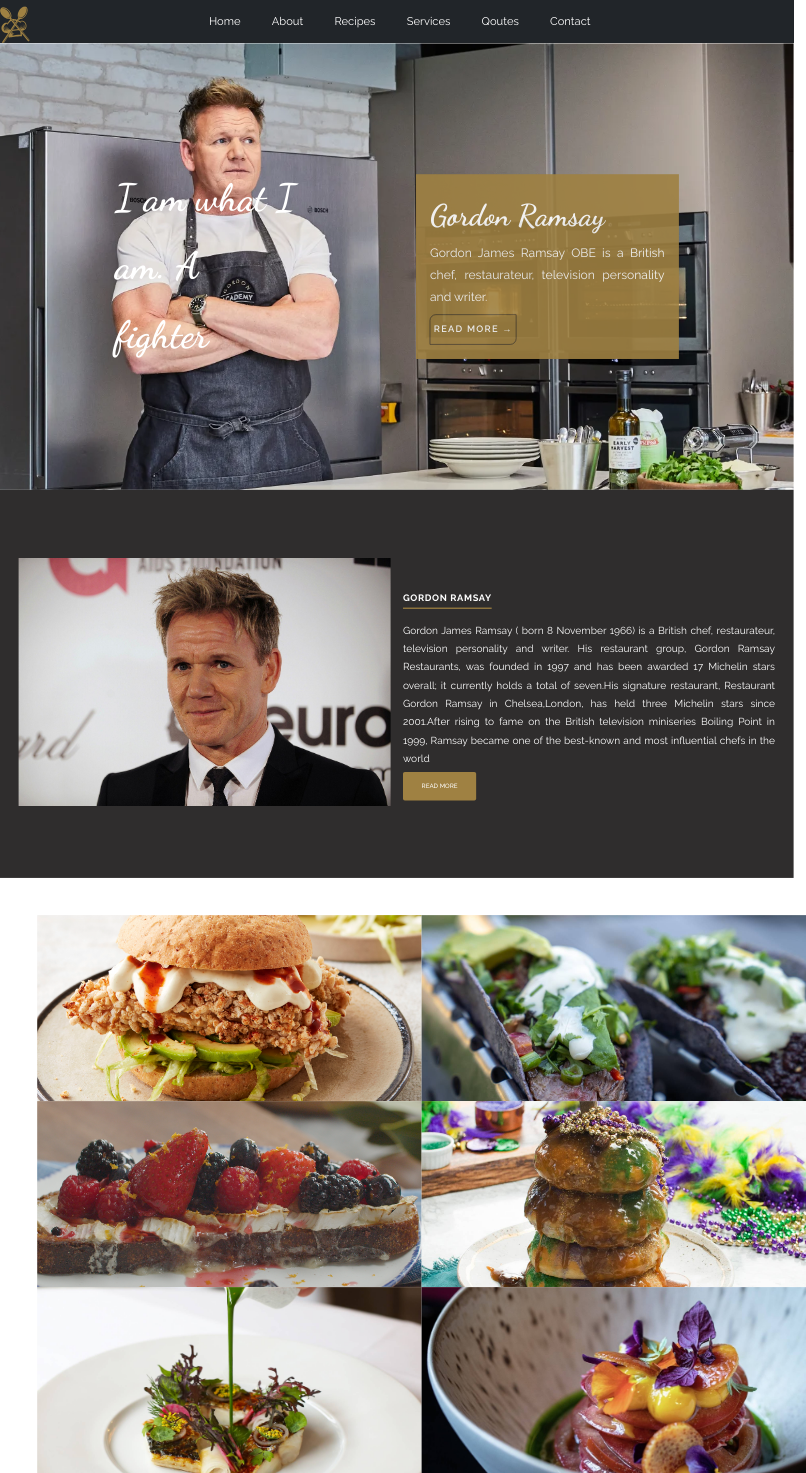
Repository: Esraa22M/Gordon-Ramsay-Biography
Page: index.html
The author's editor kept a copy of each file at every save. The page is drawn from the files as they stood at one save, then again after the next save.
The browser window is 1280 px wide. The page is 1300 px wide, then 1280 px, so the pictures cover 1300 px, including what lies to the right of the window. The pictures show the whole page, at 62% of full size.
Backgrounds fixed to the window are drawn as part of the page. Some web libraries are served in a nearby version.

Above is the page before, as saved 2022-12-19 13:08:47.

After the next save:
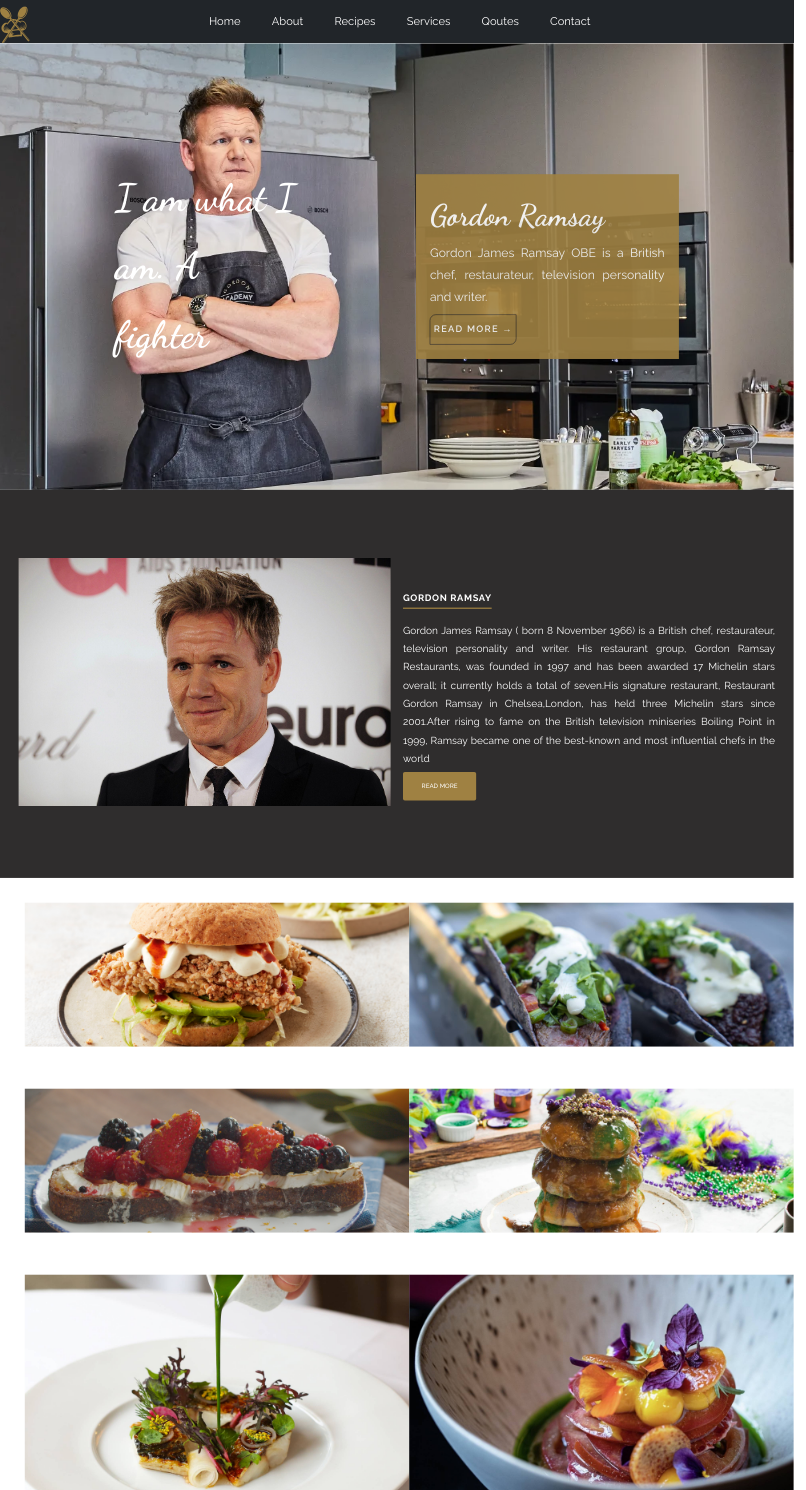
Saved 23 s later.
--- a/style.css
+++ b/style.css
@@ -259,9 +259,7 @@
   width: 100%;
   position: absolute;
   inset:2rem;
-  margin: 2rem;
   z-index: 100;
-  height: 100%;
   object-fit: cover;
   transition: all 0.5s ease-in-out;
 }
